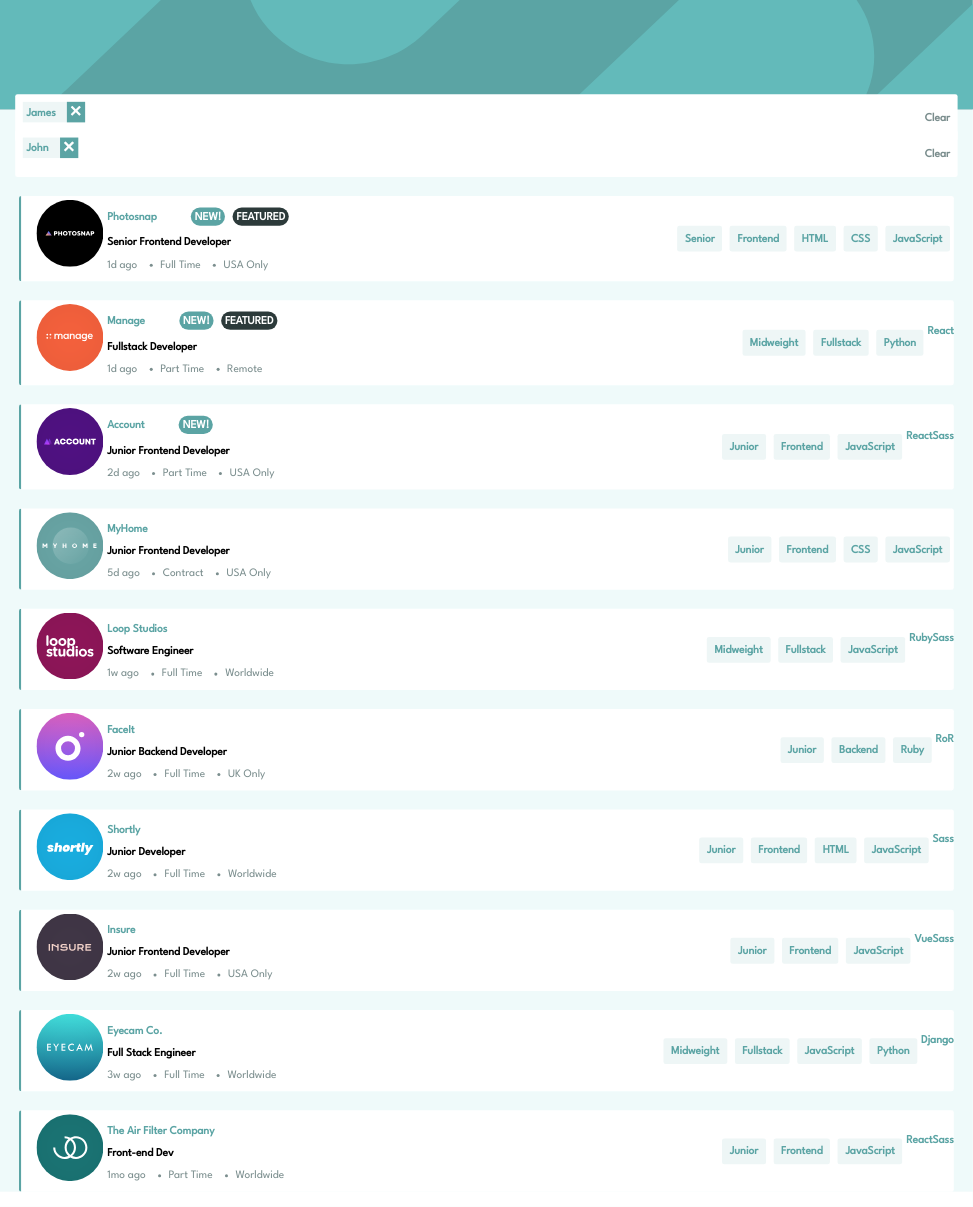
Repository: DevLaukey/job-listing
Page: /
These files come from the project's save history. The page is drawn as it stood at one moment and after the next save; the edit follows.
The browser window is 1280 px wide. The pictures show the whole page, at 76% of full size.
Some web fonts or font styles are not loaded; a fallback is used. The project was rebuilt for these pictures with package versions that can differ from the ones it lists, and the page was loaded fresh each time.

Above is the page before, as saved 2022-06-05 23:29:20.

### src/App.js
import "./App.css";
import Filter from "./components/Filter";
import Header from "./components/Header";
import Tablet from "./components/Tablet";
import data from "./data.json";

function App() {
  const tablets = data.map((data) =>
  (<Tablet
    key={data.id}
    company={data.company}
    neew={data.new}
    featured={data.featured}
    position={data.position}
    role={data.role}
    level={data.level}
    postedAt={data.postedAt}
    contract={data.contract}
    location={data.location}
    languages={data.languages}
    tools={data.tools}
    logo={data.logo} />));


  return (
    <div className="App">
      <Header />
      <Filter />
      <div className="content">{tablets}</div>
    </div>
  );
}

export default App;

### src/App.css
@import url('https://fonts.googleapis.com/css2?family=Grape+Nuts&family=League+Spartan&display=swap');
*{
  margin: 0;
  padding: 0;
  box-sizing: border-box;
}
.App{
  background-color: hsl(180, 52%, 96%);
  font-size: 15px;
}

### src/components/Filter.js
import React, { useState } from "react";
function Filter() {
  const [people, setPeople] = useState([
    {
      name: "James",
      age: 31,
    },
    {
      name: "John",
      age: 45,
    },
    {
      name: "Paul",
      age: 65,
    },
    {
      name: "Ringo",
      age: 49,
    },
    {
      name: "George",
      age: 34,
    },
  ]);
  // setTheArray([...theArray, newElement]);

  const filtered = people
    .filter((name) => name.name.includes("J"))
    .map((filteredPerson) => (
      <div className="tablet filter">
        <div className="option">
          <p className="front-end">{filteredPerson.name}</p>
          <div
            className="icon"
            onClick={() => {
              filtered.shift(filteredPerson);
              console.log(people);
            }}
          >
            <svg xmlns="http://www.w3.org/2000/svg" width="14" height="14">
              <path
                fill="#FFF"
                fill-rule="evenodd"
                d="M11.314 0l2.121 2.121-4.596 4.596 4.596 4.597-2.121 2.121-4.597-4.596-4.596 4.596L0 11.314l4.596-4.597L0 2.121 2.121 0l4.596 4.596L11.314 0z"
              />
            </svg>
          </div>
        </div>

        <div className="clear">
          <p onClick={() => setPeople([])}>Clear</p>
        </div>
      </div>
    ));
  return <>{filtered}</>;
}

export default Filter;

### src/components/Header.js
import React from 'react'
import "./styles.css"

function Header() {
  return (
    <header className='header'></header>
  )
}

export default Header

### src/components/Tablet.js
import React, { useState } from "react";
import "./styles.css";

function Tablet({
  key,
  company,
  logo,
  neew,
  featured,
  position,
  role,
  level,
  postedAt,
  contract,
  location,
  languages,
  tools,
}) {
  return (
    <div className="tablet boarder">
      <div className="tablet_content">
        <div className="desktop">
          <img className="image" src={logo} alt="" />
          <div className="block">
            <div className="heading">
              <div className="company">
                <p>{company}</p>
              </div>
              <div>{neew && <p className="new">NEW!</p>}</div>
              <div>{featured && <p className="featured">FEATURED</p>}</div>
            </div>

            <div className="title">
              <p>{position}</p>
            </div>
            <div className="details">
              <p>{postedAt}</p>
              <ul className="list">
                <li>{contract}</li>
                <li className="country">{location}</li>
              </ul>
            </div>
          </div>
        </div>
        <hr className="line" />
      </div>
      <div className="tags">
        <p className="category">{level}</p>
        <p className="category">{role}</p>
        {languages.map((language) => (
          <p key={language} className="category" id="category">
            {language}
          </p>
        ))}
        {tools.map((tool) => (
          <p key={tool} className="tool" id="category">
            {tool}
          </p>
        ))}
      </div>
    </div>
  );
}

export default Tablet;

### src/components/styles.css
.header {
  background-image: url(../assets/bg-header-mobile.svg);
  padding: 10vh;
  background-color: hsl(180, 29%, 50%);
}
.tablet {
  background-color: white;
  margin: 25px 25px 20px 25px;
  font-family: "League Spartan", sans-serif;
  border-radius: 3px;
  font-weight: 700;
}
.boarder {
  border-left: 3px solid hsl(180, 29%, 50%);
}
.tablet_content {
  margin-left: 15px;
  margin-right: 30px;
  align-items: center;
}
.image {
  height: 50px;
  margin-top: -20px;
}
.heading {
  margin-top: 15px;
  display: flex;
}
.company {
  color: hsl(180, 29%, 50%);
  margin-right: 3em;
  margin-top: 5px;
}
.new {
  background-color: hsl(180, 29%, 50%);
  padding: 5px;
  color: white;
  border-radius: 25px;
  margin-right: 10px;
}
.featured {
  background-color: hsl(180, 14%, 20%);
  padding: 5px;
  color: white;
  border-radius: 25px;
}
.title {
  margin-top: 15px;
}
.details {
  display: flex;
  color: hsl(180, 8%, 52%);
  font-weight: 400;
  margin-top: 15px;
  margin-bottom: 15px;
}
.list {
  display: flex;
  margin-left: 2em;
}
.country {
  margin-left: 2em;
}
.line {
  margin-bottom: 15px;
  color: gray;
}
.tags {
  color: hsl(180, 29%, 50%);
  display: flex;
  flex-wrap: wrap;
}
.category {
  background-color: hsl(180, 31%, 95%);
  padding: 10px;
  border-radius: 3px;
  margin: 5px;
}

.filter {
  display: flex;
  padding: 10px;
  border-radius: 3px;
  margin: -20px 20px 5px 20px;
  flex-wrap: wrap;
  justify-content: space-between;
}
.option {
    background-color: hsl(180, 31%, 95%);
  color: hsl(180, 29%, 50%);
  display: flex;
  align-items: center;
  width : fit-content;
  margin-bottom: 15px;
}
.front-end{
 padding: 5px;
}
.icon {
  margin-left: 10px;
 flex-grow: 1;
 height:100%;
 padding: 5px;
  background-color: hsl(180, 29%, 50%);
}
.clear{
      color: hsl(180, 8%, 52%);
    }
   .desktop{
     display: block;
   }
/* media query */

@media screen and (min-width: 768px) {
  .header {
    background-image: url(../assets/bg-header-desktop.svg);
  }
  .line {
    display: none;
  }
  .tablet {
    display: flex;
    align-items: center;
    justify-content: space-between;
  }
.desktop{
  display: flex;
}.image{
  margin: 0;
  padding: 5px;
height: 100%;}
}

Loaded but not shown: public/index.html (common file); src/index.js (common file); src/index.css (common file); src/reportWebVitals.js (common file); src/data.json (common file)

After the next save:
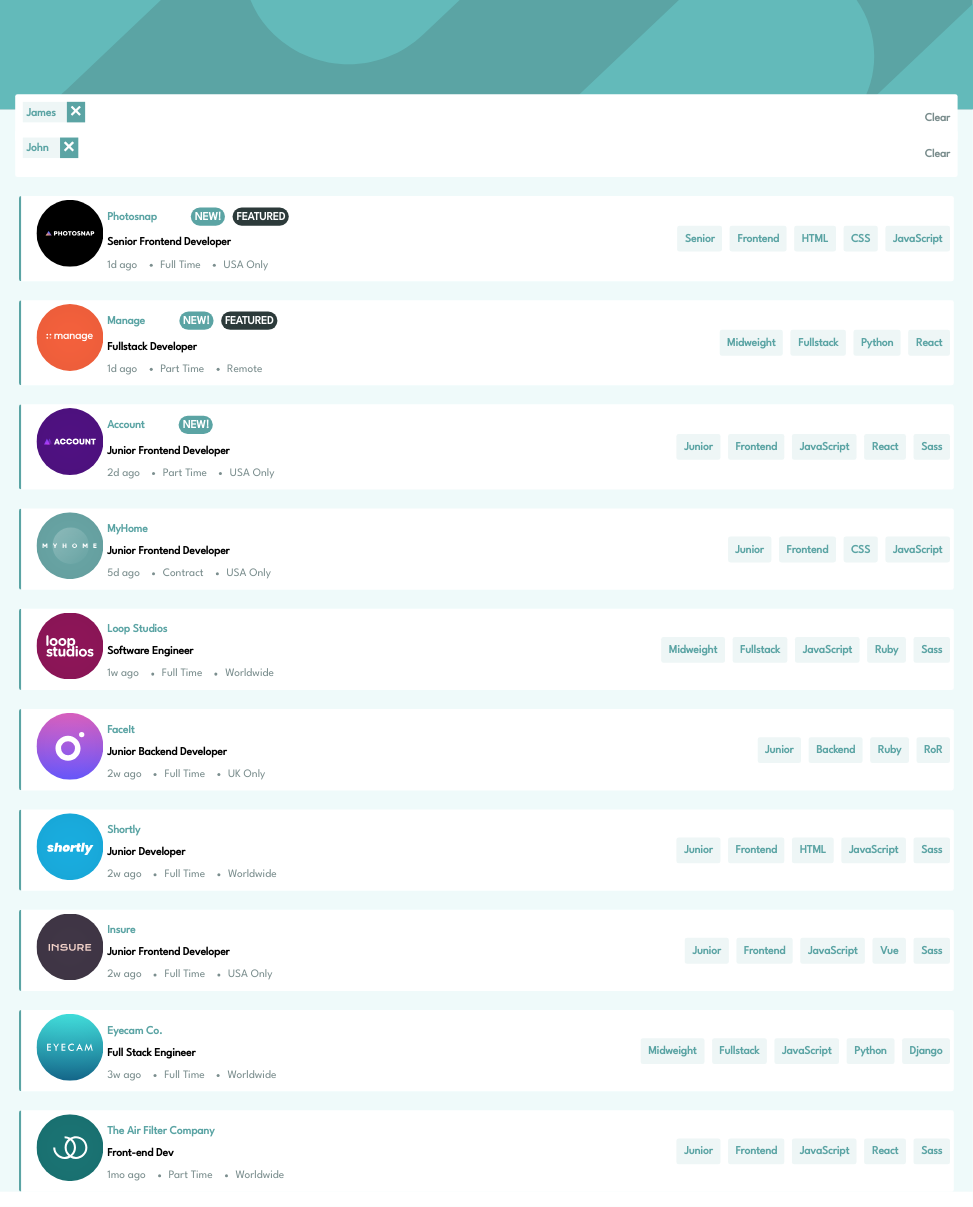
Saved 60 s later.
--- a/src/components/Tablet.js
+++ b/src/components/Tablet.js
@@ -53,7 +53,7 @@ function Tablet({
           </p>
         ))}
         {tools.map((tool) => (
-          <p key={tool} className="tool" id="category">
+          <p key={tool} className="category" id="category">
             {tool}
           </p>
         ))}
